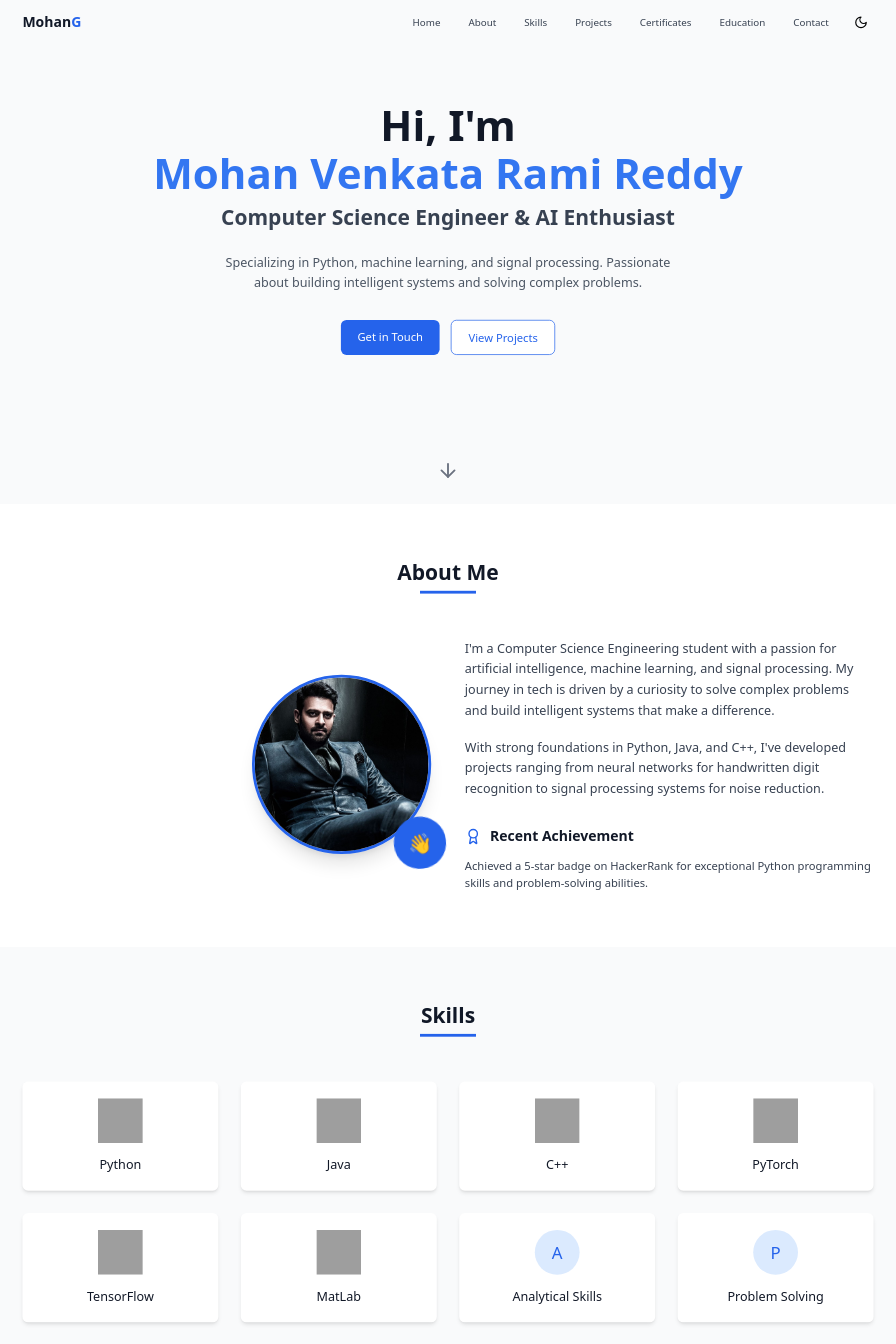
Repository: Mohan2347/updated-portfolio
Page: /
The author's editor kept a copy of each file at every save. The page is drawn from the files as they stood at one save, then again after a run of saves.
The browser window is 1280 px wide. The pictures show the part of the page from y = 0 to 1920 px (the page is 5902 px tall), at 70% of full size.
Pictures or frames that could not be fetched are drawn as grey boxes. The project was rebuilt for these pictures with package versions that can differ from the ones it lists, and the page was loaded fresh each time. Also part of the build but not shown: vite.config.ts.

Above is the page before, as saved 2025-04-27 15:43:57.

After the next 2 saves:
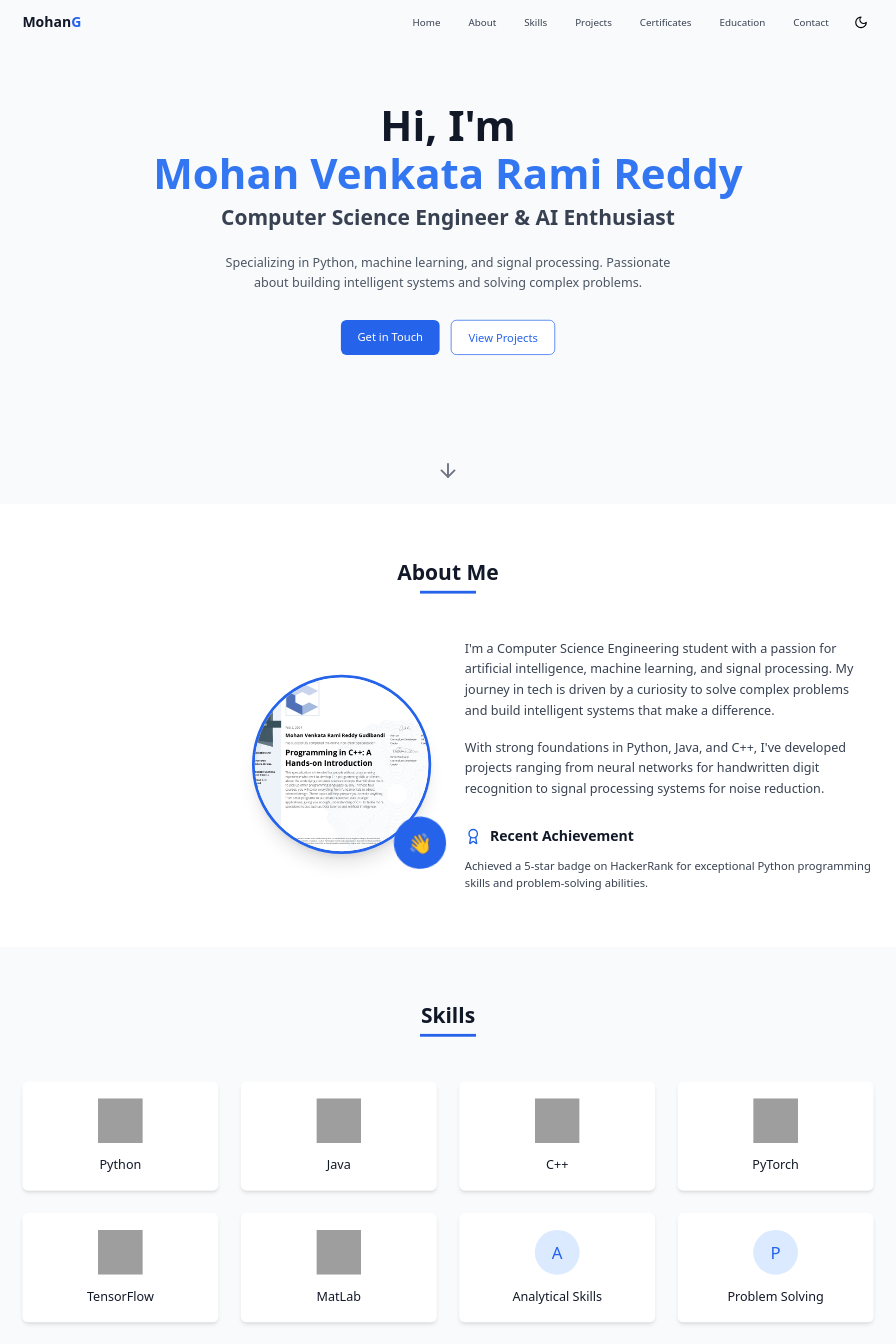
The 2 saves are shown as one change because they came seconds apart.
The last was saved 13 s later.
--- a/src/data/portfolio.ts
+++ b/src/data/portfolio.ts
@@ -2,7 +2,7 @@ import { Skill, Project, Certificate, Education, Achievement, NavItem, Experienc
 import img  from "../assests/img1.jpg";
 import img  from "../assests/project1.jpg";
 import img  from "../assests/project2.jpg";
-import img  from "../assests/img1.jpg";
+import img  from "../assests/Certificate1.jpg";
 
 
 export const navItems: NavItem[] = [
